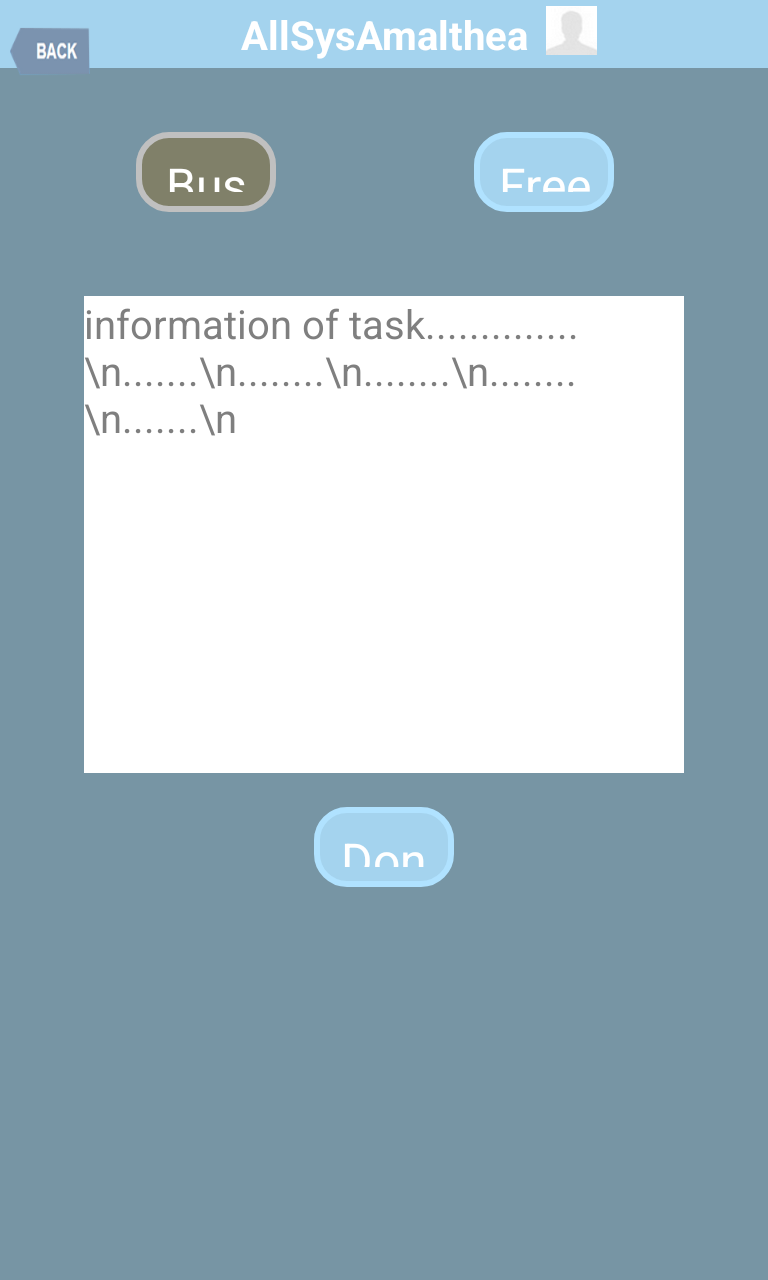
Repository: AllSysAmalthea/AllSys
Layout: APP/AppUI code/代码/Allsys/res/layout/activity_search.xml
These files come from the project's save history. The layout is drawn as it stood at one moment and after the next save; the edit follows.
It is drawn on a 768 x 1280 px phone screen (xhdpi) without system bars, with theme android:Theme.NoTitleBar; the app's code is not run.

Above is the layout before, as saved 2015-06-06 07:20:23.

After the next save:
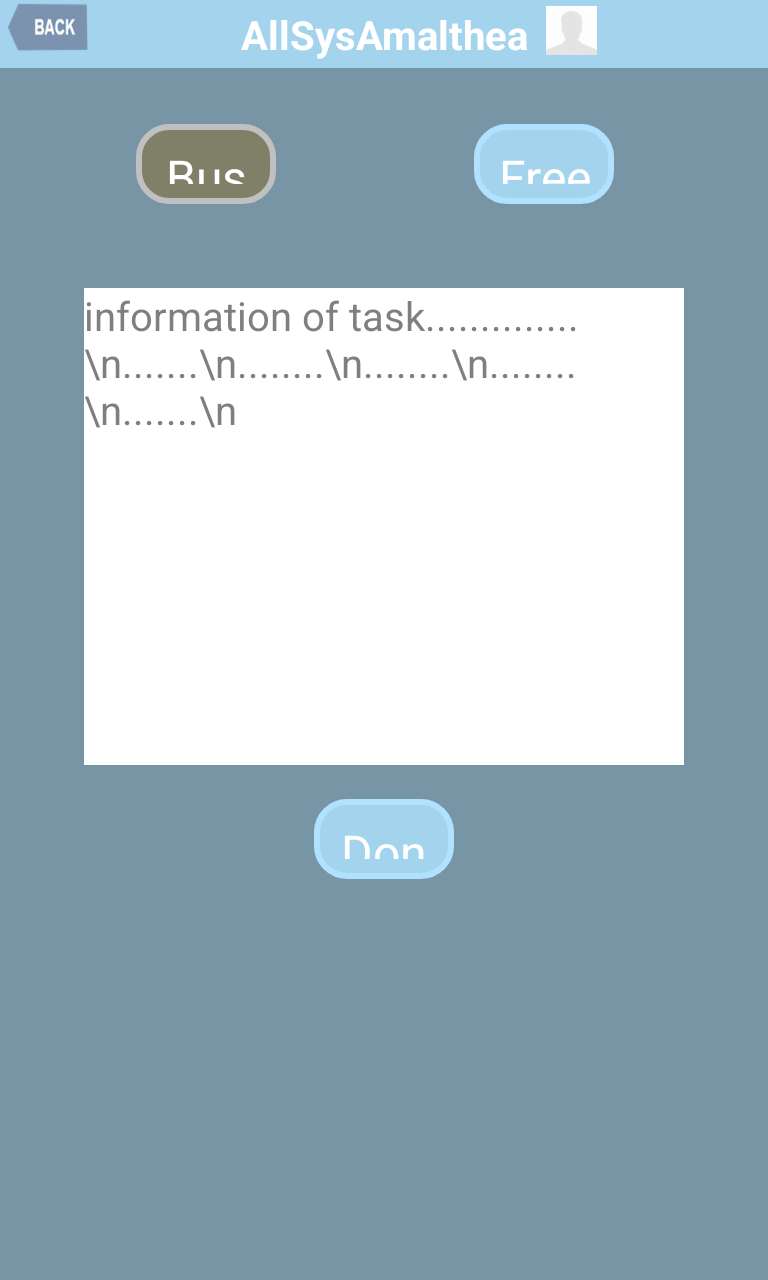
Saved 31 s later.
--- a/APP/AppUI code/代码/Allsys/res/layout/activity_search.xml
+++ b/APP/AppUI code/代码/Allsys/res/layout/activity_search.xml
@@ -28,20 +28,20 @@
             android:textStyle="bold" />
 
         <ImageButton
-            android:id="@+id/exit"
-            android:layout_width="80px"
-            android:layout_height="80px"
-            android:layout_x="5dp"
-            android:layout_y="4dp"
-            android:background="@drawable/pic2" />
-
-        <ImageButton
             android:id="@+id/user"
             android:layout_width="100px"
             android:layout_height="100px"
             android:layout_x="260dp"
             android:layout_y="-10dp"
             android:background="@drawable/user" />
+
+        <ImageButton
+            android:id="@+id/exit"
+            android:layout_width="80px"
+            android:layout_height="80px"
+            android:layout_x="4dp"
+            android:layout_y="-8dp"
+            android:background="@drawable/pic2" />
 
     </AbsoluteLayout>
 
